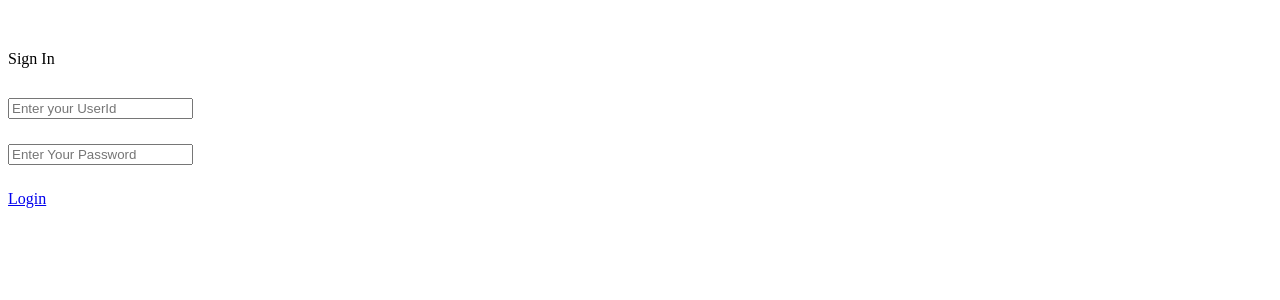
Repository: Abinayasivapraba/Project2
Page: ChatZoneFE/WebContent/User/Login.html
An editor plug-in stored every save of this project. The page is shown before and after the next save, followed by the edit.
The browser window is 1280 px wide. The pictures show the whole page.

Above is the page before, as saved 2017-05-14 11:32:11.

After the next save:
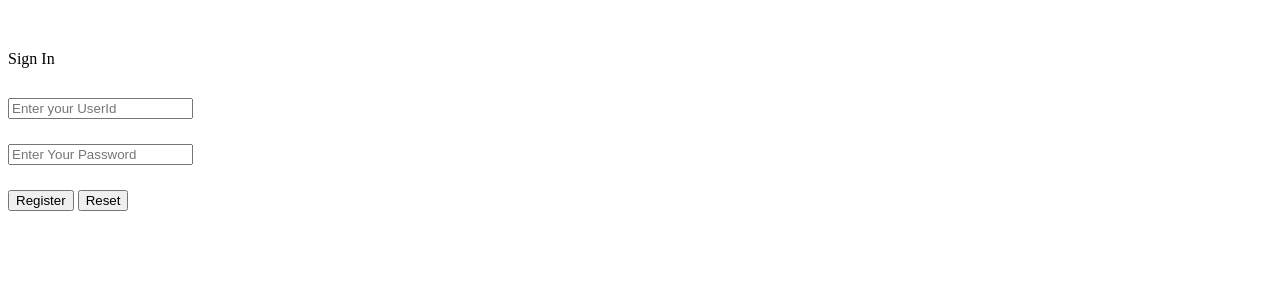
Saved 54 s later.
--- a/ChatZoneFE/WebContent/User/Login.html
+++ b/ChatZoneFE/WebContent/User/Login.html
@@ -42,12 +42,10 @@ Password :<input type="text" ng-model="ctrl.user.password" /><br>
 
 
 
+                           <input type="submit" class="btn btn-lg btn-success btn-success" value="Register">
 
-                                <div style="margin-top:10px" class="form-group">
-                                    <!-- Button -->
+						<input type="reset" class="btn btn-lg btn-log btn-log" value="Reset">
 
-                                    <div class="col-sm-12 controls">
-                                      <a id="btn-login" href="#" class="btn btn-success">Login  </a>
 
 
                                     </div>
